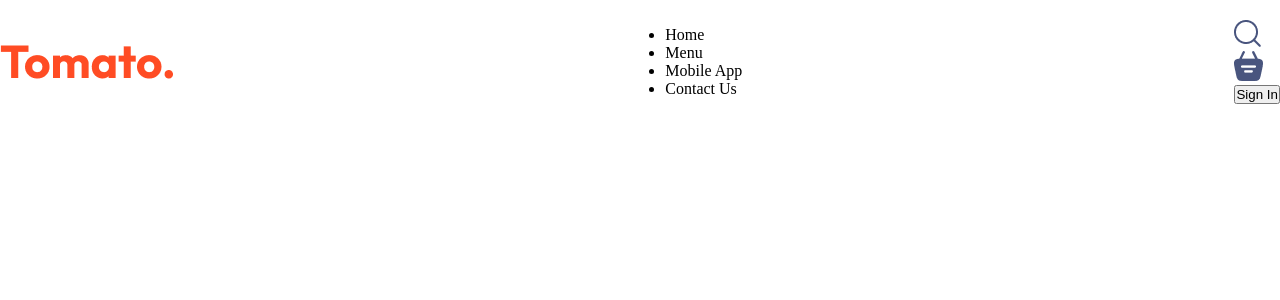
Repository: Attar786/Food-ordering-app
Page: / (app in frontend/)
These files come from the project's save history. The page is drawn as it stood at one moment and after the next save; the edit follows.
The browser window is 1280 px wide. The pictures show the whole page.
The project was rebuilt for these pictures with package versions that can differ from the ones it lists, and the page was loaded fresh each time. Also part of the build but not shown: frontend/vite.config.js.

Above is the page before, as saved 2024-07-12 19:24:37.

After the next save:
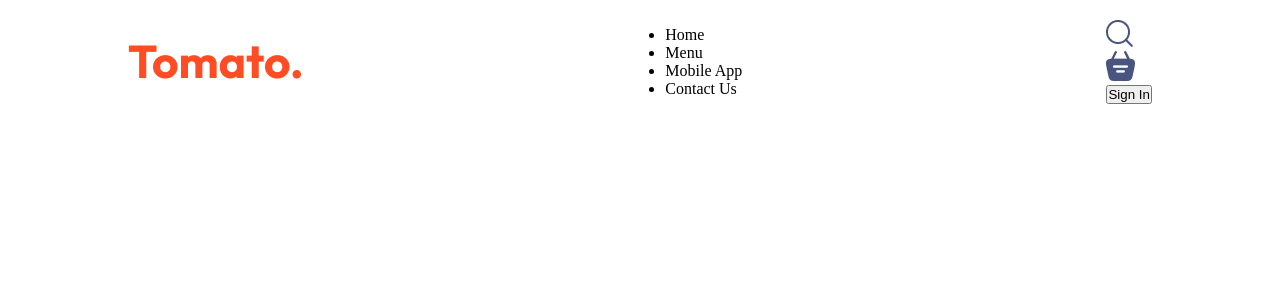
Saved 46 s later.
--- a/frontend/src/App.jsx
+++ b/frontend/src/App.jsx
@@ -7,8 +7,10 @@ function App() {
   return (
     <>
 
-  <div className='app'></div>
-     <Navbar/>
+  <div className='app'>
+  <Navbar/>
+
+  </div>
     </>
   )
 }
